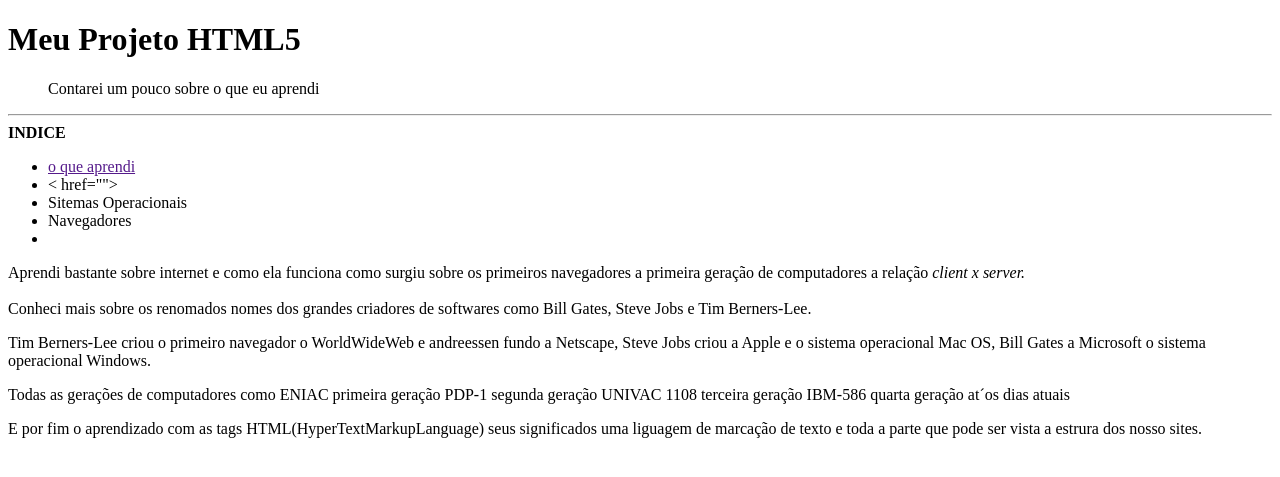
Repository: gustavotwist/meu-html
Page: index.html
An editor plug-in stored every save of this project. The page is shown before and after the next save, followed by the edit.
The browser window is 1280 px wide. The pictures show the whole page.

Above is the page before, as saved 2024-04-24 22:30:30.

After the next save:
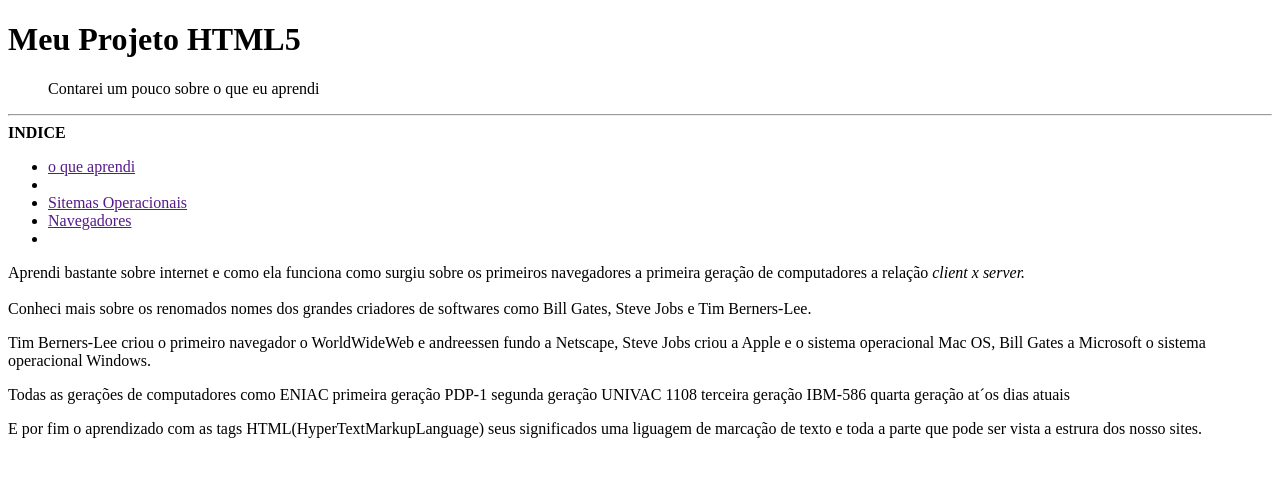
Saved 11 s later.
--- a/index.html
+++ b/index.html
@@ -11,7 +11,7 @@
     <strong>INDICE</strong>
     <ul>
         <li><a href="">o que aprendi</a></li>
-        <li>< href=""><li>Sitemas Operacionais</li><li>Navegadores</li></a></li>
+        <li><a href=""><li>Sitemas Operacionais</li><li>Navegadores</li></a></li>
         <li></li>
     </ul>
 
